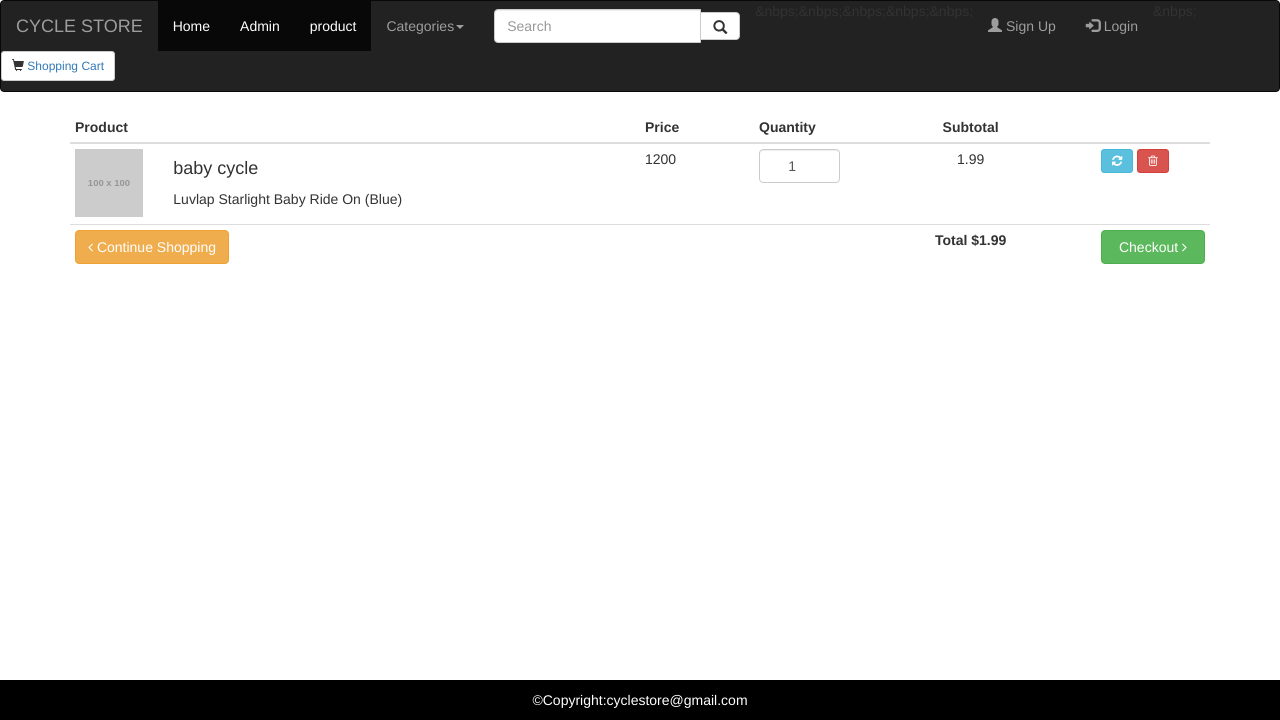
Repository: SumiyaSulaiman/project1
Page: http://localhost/cycle/shoppingcart.jsp
The author's editor kept a copy of each file at every save. The page is drawn from the files as they stood at one save, then again after the next save.
The browser window is 1280 px wide. The pictures show the whole page.
Some web libraries are served in a nearby version. The page is served by Tomcat 9. Nobody is signed in. The application's start-up code is not run.

Above is the page before, as saved 2017-12-21 08:28:00.

After the next save:
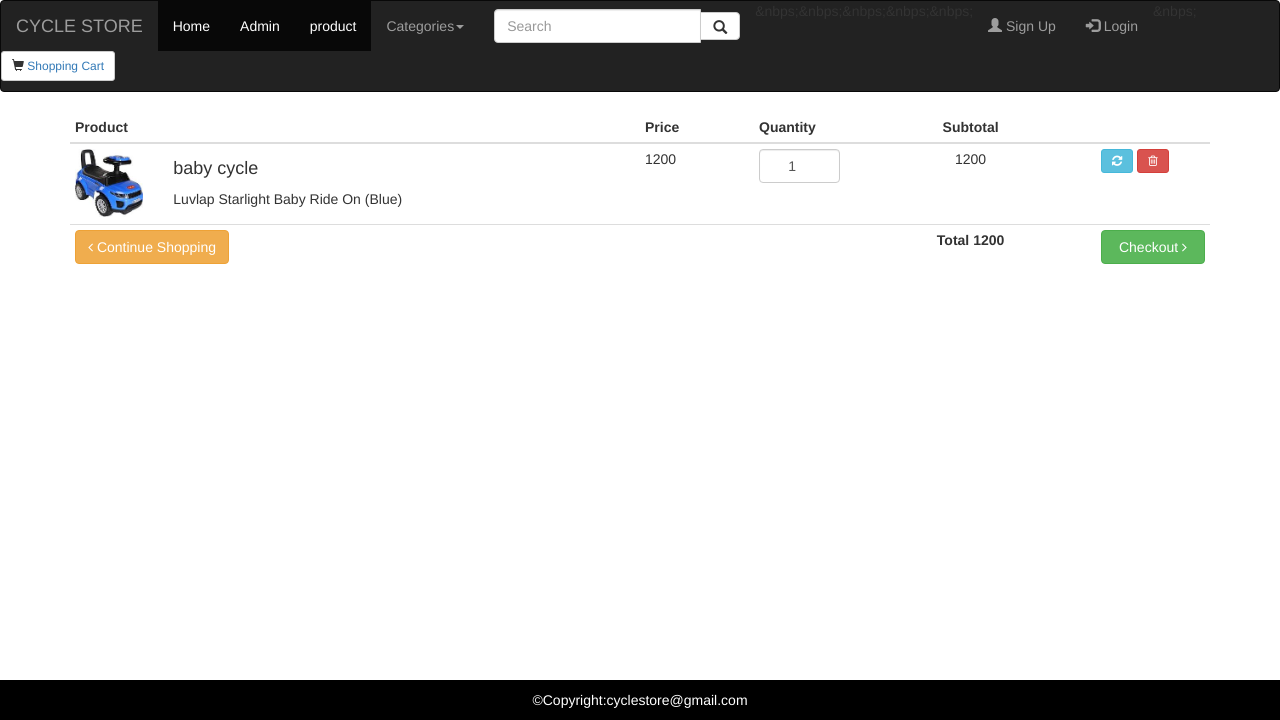
Saved 2 min 18 s later.
--- a/project/cycle/src/main/webapp/shoppingcart.jsp
+++ b/project/cycle/src/main/webapp/shoppingcart.jsp
@@ -60,7 +60,7 @@
 						<tr>
 							<td data-th="Product">
 								<div class="row">
-									<div class="col-sm-2 hidden-xs"><img src="http://placehold.it/100x100" alt="..." class="img-responsive"/></div>
+									<div class="col-sm-2 hidden-xs"><img src="./resources/baby3.jpg" alt="..." class="img-responsive"/></div>
 									<div class="col-sm-10">
 										<h4 class="nomargin">baby cycle</h4>
 										<p>Luvlap Starlight Baby Ride On (Blue)</p>
@@ -71,7 +71,7 @@
 							<td data-th="Quantity">
 								<input type="number" class="form-control text-center" value="1">
 							</td>
-							<td data-th="Subtotal" class="text-center">1.99</td>
+							<td data-th="Subtotal" class="text-center">1200</td>
 							<td class="actions" data-th="">
 								<button class="btn btn-info btn-sm"><i class="fa fa-refresh"></i></button>
 								<button class="btn btn-danger btn-sm"><i class="fa fa-trash-o"></i></button>
@@ -80,12 +80,12 @@
 					</tbody>
 					<tfoot>
 						<tr class="visible-xs">
-							<td class="text-center"><strong>Total 1.99</strong></td>
+							<td class="text-center"><strong>Total 1200</strong></td>
 						</tr>
 						<tr>
 							<td><a href="#" class="btn btn-warning"><i class="fa fa-angle-left"></i> Continue Shopping</a></td>
 							<td colspan="2" class="hidden-xs"></td>
-							<td class="hidden-xs text-center"><strong>Total $1.99</strong></td>
+							<td class="hidden-xs text-center"><strong>Total 1200</strong></td>
 							<td><a href="#" class="btn btn-success btn-block">Checkout <i class="fa fa-angle-right"></i></a></td>
 						</tr>
 					</tfoot>
